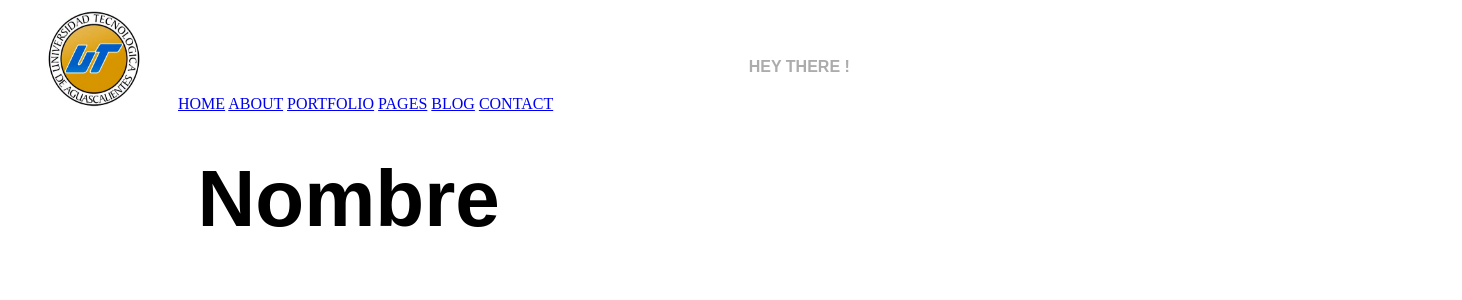
Repository: Armandoyerek11/proyectou1
Page: index.html
The author's editor kept a copy of each file at every save. The page is drawn from the files as they stood at one save, then again after the next save.
The browser window is 1280 px wide. The page is 1462 px wide, so the pictures cover 1462 px, including what lies to the right of the window. The pictures show the whole page.

Above is the page before, as saved 2022-05-30 14:12:25.

After the next save:
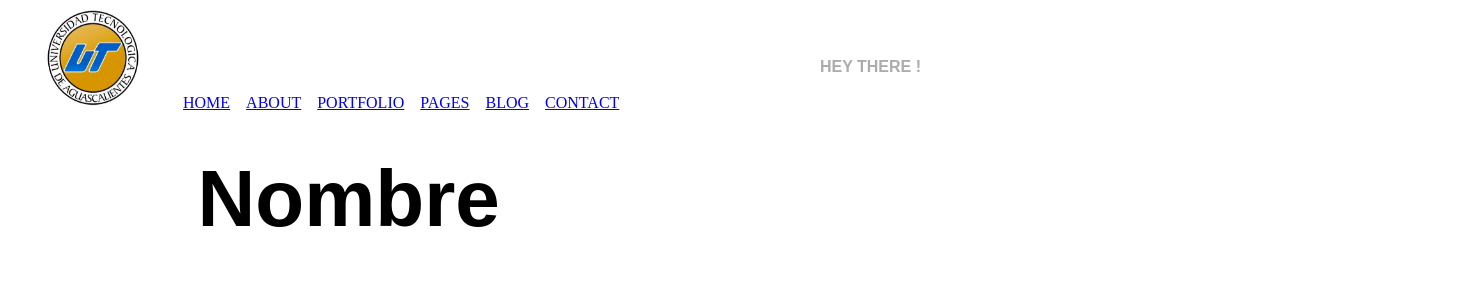
Saved 21 s later.
--- a/style.css
+++ b/style.css
@@ -1,4 +1,4 @@
-nav {
+.nav_bar {
     list-style: none;
     display: inline-block;
     padding: 1px;
